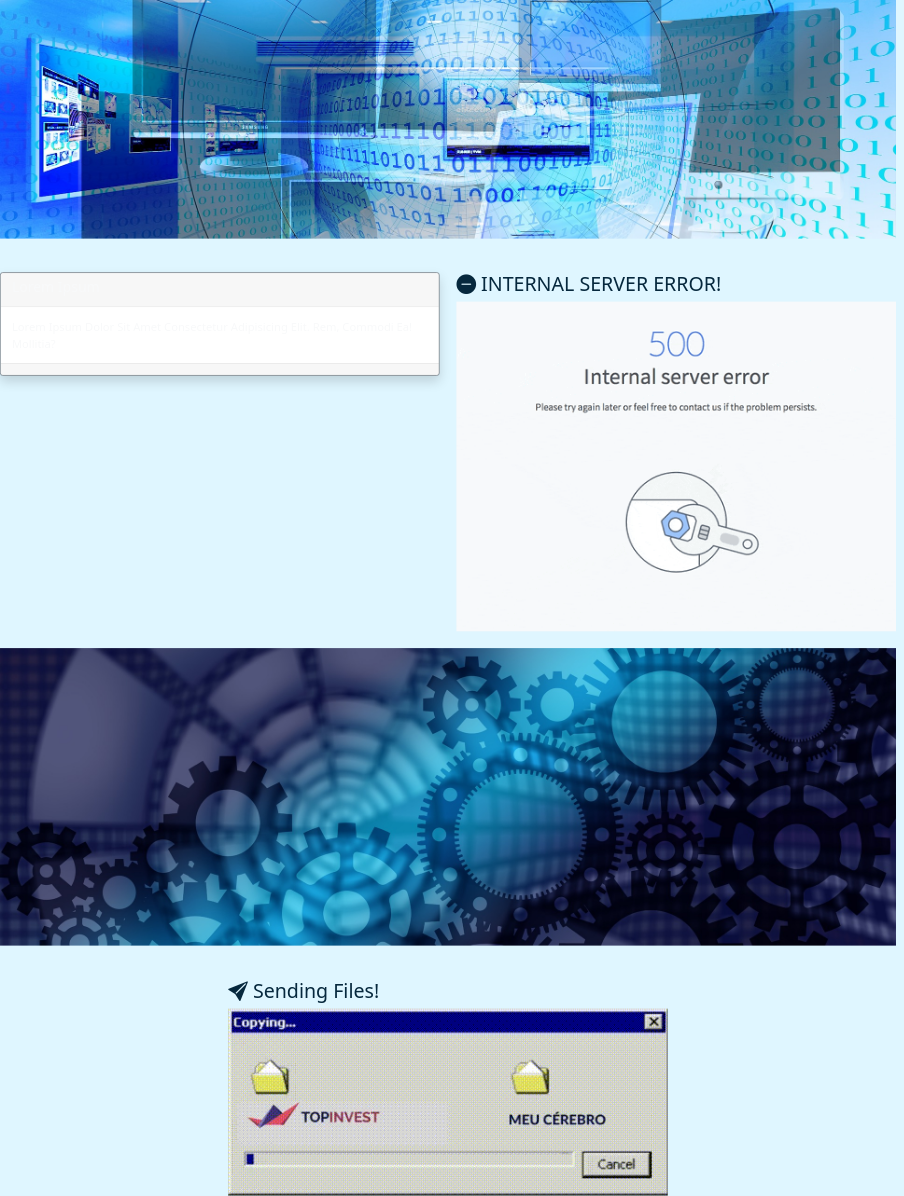
Repository: initer3737/initer3737.github.io
Page: index.html
These files come from the project's save history. The page is drawn as it stood at one moment and after the next save; the edit follows.
The browser window is 1280 px wide. The page is 1292 px wide, so the pictures cover 1292 px, including what lies to the right of the window. The pictures show the part of the page from y = 1427 to 3307 px (the page is 3135 px tall before and 3307 px after), at 70% of full size.
Some web libraries are served in a nearby version.

Above is the page before, as saved 2022-06-12 16:59:41.
Console error: TypeError: Cannot set properties of null (setting 'innerHTML')

After the next save:
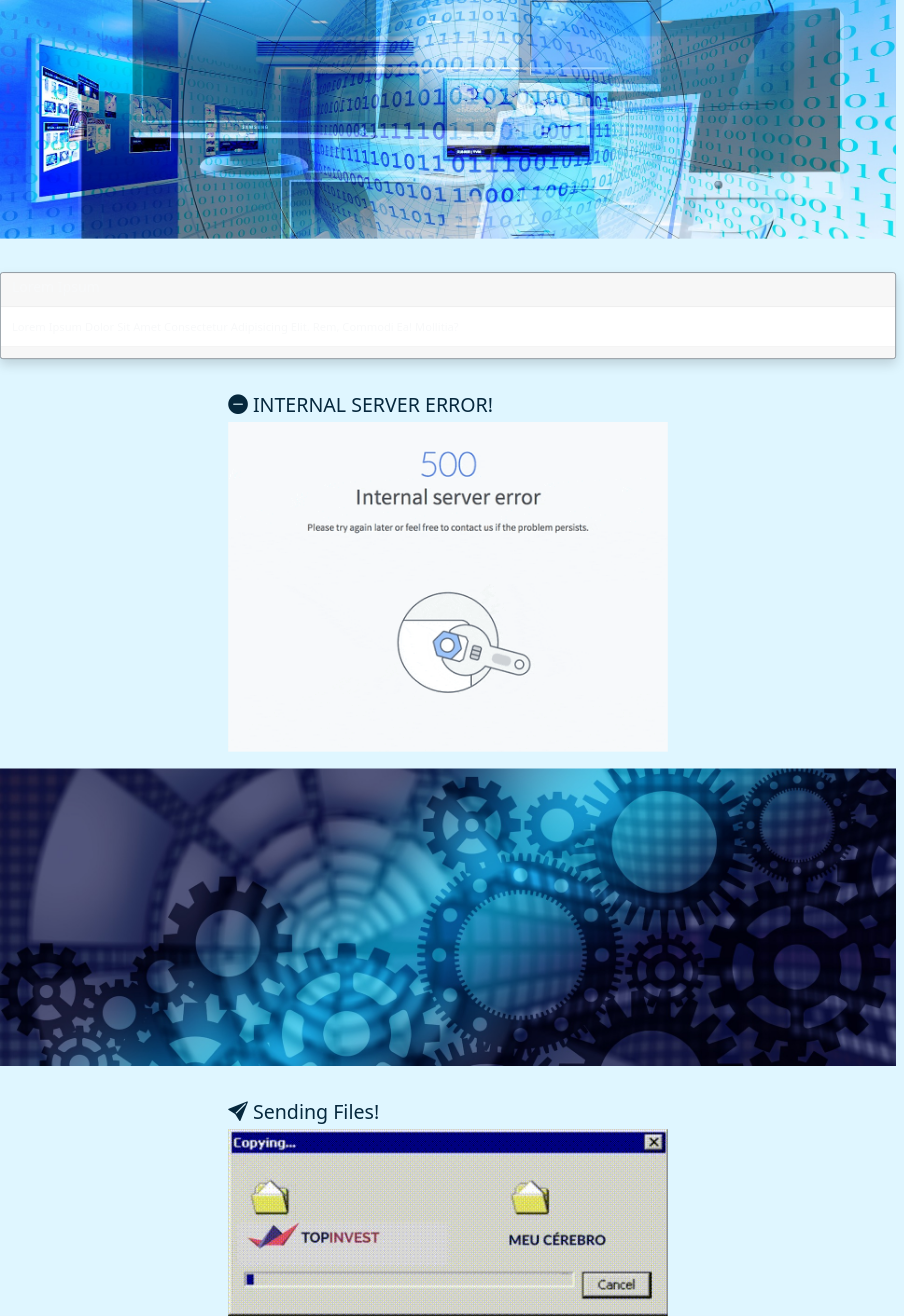
Saved 20 s later.
--- a/index.html
+++ b/index.html
@@ -85,7 +85,7 @@
         <div class="col-12">
             <img src="img/banner-909710_1920.jpg" class="img-fluid w-100" alt="">
            </div>
-           <div class="col-6 mt-5 m-auto">
+           <div class="col-12 mt-5 m-auto">
              <div class="card rounded shadow border border-secondary">
                 <div class="card-content">
                     <div class="card-header">

After the save that followed:
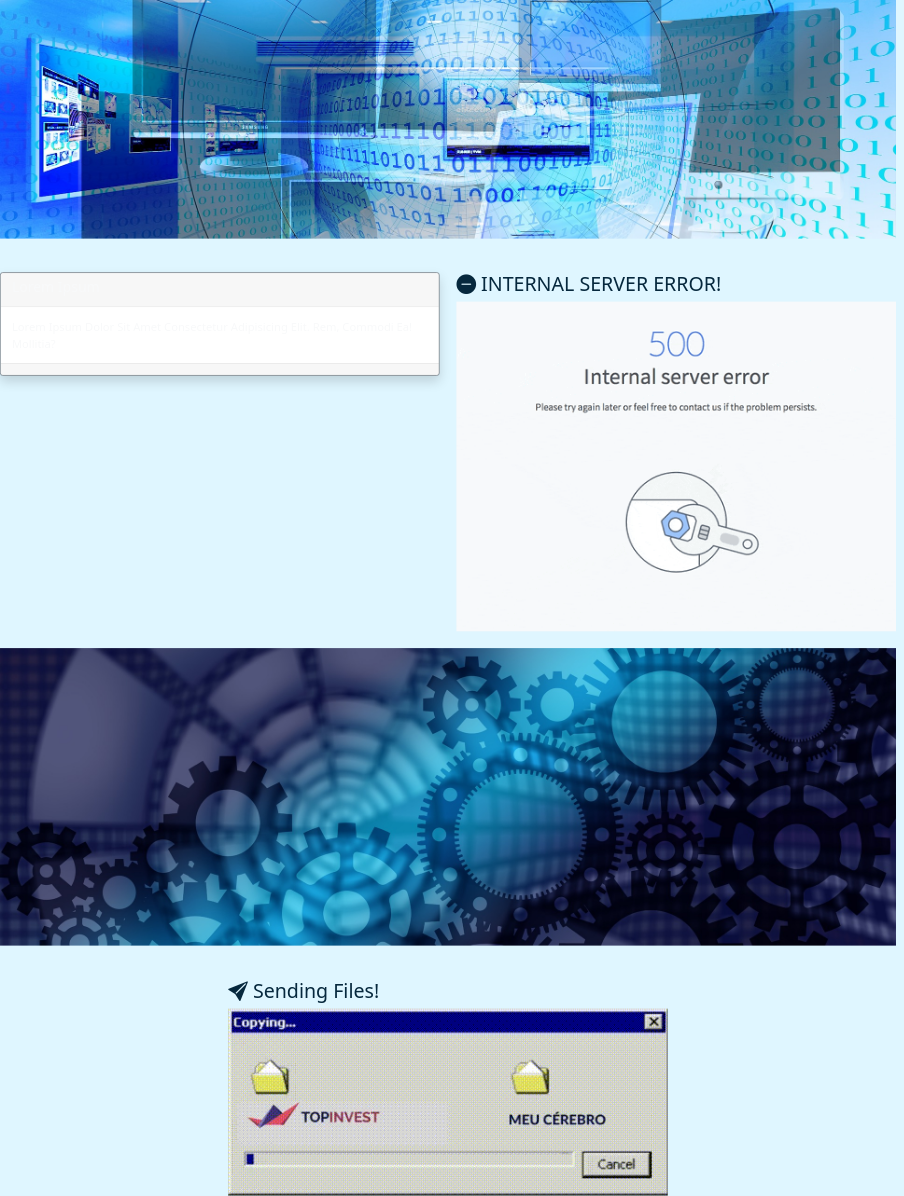
Saved 10 s later.
--- a/index.html
+++ b/index.html
@@ -85,7 +85,7 @@
         <div class="col-12">
             <img src="img/banner-909710_1920.jpg" class="img-fluid w-100" alt="">
            </div>
-           <div class="col-12 mt-5 m-auto">
+           <div class="col-6  mt-5 m-auto">
              <div class="card rounded shadow border border-secondary">
                 <div class="card-content">
                     <div class="card-header">
